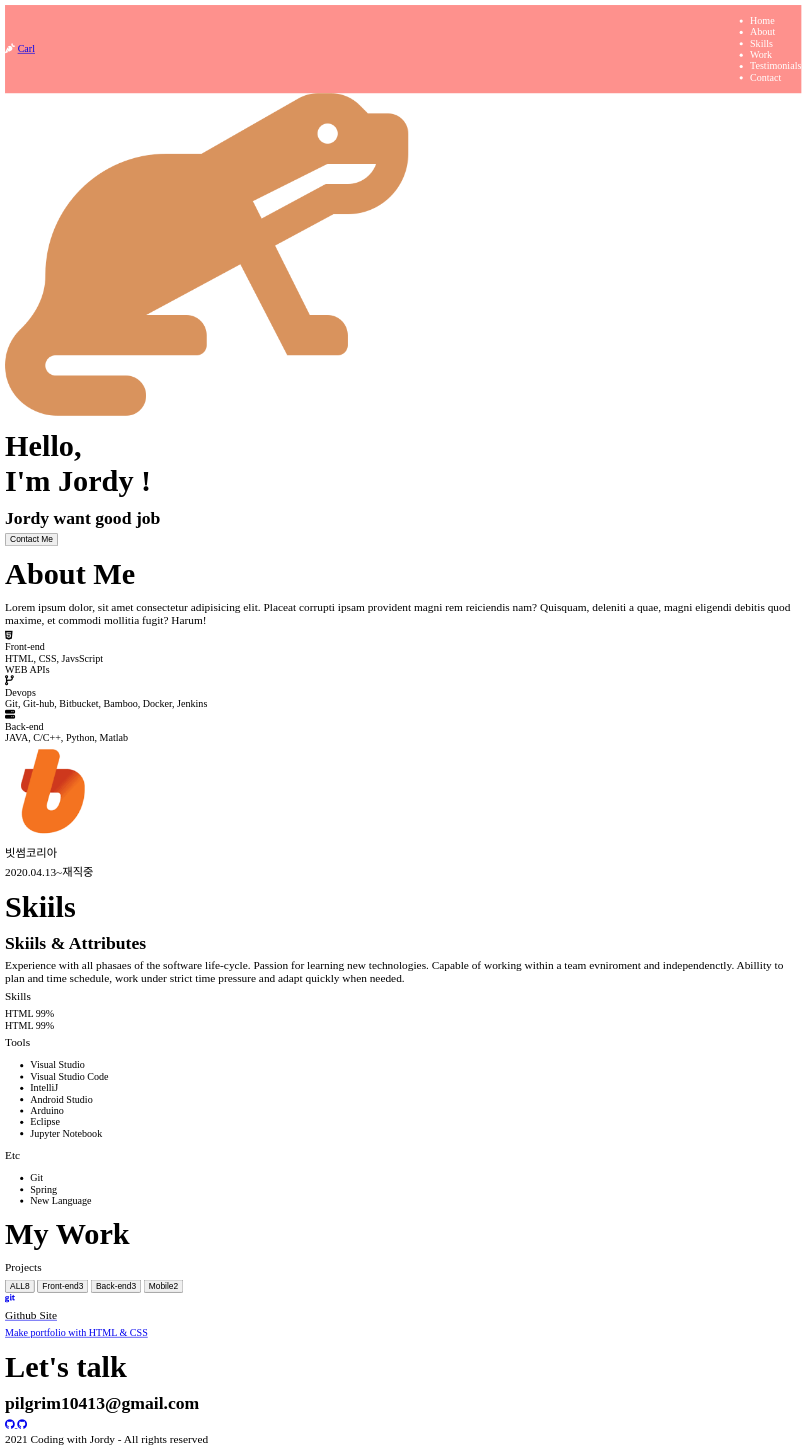
Repository: pilgrim13/Portfolio
Page: index.html
These files come from the project's save history. The page is drawn as it stood at one moment and after the next save; the edit follows.
The browser window is 1280 px wide. The pictures show the whole page, at 63% of full size.
Some web libraries are served in a nearby version.

Above is the page before, as saved 2021-01-11 17:30:59.

### index.html
<!DOCTYPE html>
<html lang="en">
	<!-- Header -->
	<head>
		<meta charset="UTF-8" />
		<meta name="viewport" content="width=device-width, initial-scale=1.0" />
		<title>Carl's WAS</title>
		<meta name="description" content="test WAS" />
		<meta name="author" content="Carl" />
		<link rel="icon" type="image/png" href="imgs/carrot.png" />
		<script
			src="https://kit.fontawesome.com/453419e5ae.js"
			crossorigin="anonymous"
		></script>
		<link rel="preconnect" href="https://fonts.gstatic.com" />
		<link
			href="https://fonts.googleapis.com/css2?family=Open+Sans:wght@400;600;700&display=swap"
			rel="stylesheet"
		/>
		<!-- css -->
		<!-- font-family: 'Open Sans', sans-serif; -->
		<link rel="stylesheet" href="style.css" />
		<script src="main.js" defer></script>
	</head>
	<body>
		<!-- Navbar -->
		<nav id="navbar">
			<div class="navbar__logo">
				<i class="fas fa-carrot"></i>
				<a href="#">Carl</a>
			</div>
			<div class="navbar__menu">
				<ul>
					<li class="navbar__menu__item">Home</li>
					<li class="navbar__menu__item">About</li>
					<li class="navbar__menu__item">Skills</li>
					<li class="navbar__menu__item">Work</li>
					<li class="navbar__menu__item">Testimonials</li>
					<li class="navbar__menu__item">Contact</li>
				</ul>
			</div>
		</nav>

		<!-- Home -->
		<section id="home">
			<img
				src="imgs/otter-solid.png"
				alt="Carl's profile photo"
				class="home__avatar"
			/>
			<h1 class="home__title">Hello, <br />I'm Jordy !</h1>
			<h2 class="home__description">Jordy want good job</h2>
			<button class="home__contact">Contact Me</button>
		</section>

		<!-- About -->
		<section id="about">
			<h1>About Me</h1>
			<p>
				Lorem ipsum dolor, sit amet consectetur adipisicing elit. Placeat
				corrupti ipsam provident magni rem reiciendis nam? Quisquam, deleniti a
				quae, magni eligendi debitis quod maxime, et commodi mollitia fugit?
				Harum!
			</p>
			<div class="about__majors">
				<div class="major">
					<div class="major__icon">
						<i class="fab fa-html5"></i>
					</div>
					<div class="major__title">Front-end</div>
					<div class="major__description">
						HTML, CSS, JavsScript <br />WEB APIs
					</div>
				</div>
				<div class="major">
					<div class="major__icon">
						<i class="fas fa-code-branch"></i>
					</div>
					<div class="major__title">Devops</div>
					<div class="major__description">
						Git, Git-hub, Bitbucket, Bamboo, Docker, Jenkins
					</div>
				</div>
				<div class="major">
					<div class="major__icon">
						<i class="fas fa-server"></i>
					</div>
					<div class="major__title">Back-end</div>
					<div class="major__description">JAVA, C/C++, Python, Matlab</div>
				</div>
			</div>
			<!-- <i class="fas fa-mobile-alt"></i> -->
			<!-- <i class="fas fa-server"></i> -->
			<!-- <i class="fas fa-code-branch"></i> -->
			<div class="about__jobs">
				<div class="job">
					<img src="imgs/bithumb_logo.png" alt="bithumb" class="job__logo" />
					<p class="job__name">빗썸코리아</p>
					<p class="job__period">2020.04.13~재직중</p>
				</div>
			</div>
		</section>

		<!-- Skills -->
		<section id="skills">
			<h1>Skiils</h1>
			<h2>Skiils & Attributes</h2>
			<p>
				Experience with all phasaes of the software life-cycle. Passion for
				learning new technologies. Capable of working within a team evniroment
				and independenctly. Abillity to plan and time schedule, work under
				strict time pressure and adapt quickly when needed.
			</p>
			<div class="skillset">
				<div class="skillset__left">
					<h3 class="skillset__title">Skills</h3>
					<div class="skill">
						<div class="skill_description">
							<span>HTML</span>
							<span>99%</span>
						</div>
						<div class="skill__bar">
							<div class="skill_value"></div>
						</div>
					</div>
					<div class="skill">
						<div class="skill_description">
							<span>HTML</span>
							<span>99%</span>
						</div>
						<div class="skill__bar">
							<div class="skill_value"></div>
						</div>
					</div>
				</div>
				<div class="skillset__right">
					<div class="tools">
						<h3 class="skillset_title">Tools</h3>
						<ul class="tools__list">
							<li><span>Visual Studio</span></li>
							<li><span>Visual Studio Code</span></li>
							<li><span>IntelliJ</span></li>
							<li><span>Android Studio</span></li>
							<li><span>Arduino</span></li>
							<li><span>Eclipse</span></li>
							<li><span>Jupyter Notebook</span></li>
						</ul>
					</div>
					<div class="etc">
						<h3 class="skillset_title">Etc</h3>
						<ul class="etc__list">
							<li><span>Git</span></li>
							<li><span>Spring</span></li>
							<li><span>New Language</span></li>
						</ul>
					</div>
				</div>
			</div>
		</section>

		<!-- Work -->
		<section id="work">
			<h1>My Work</h1>
			<h3>Projects</h3>
			<div class="work__categories">
				<button class="category__btn">
					ALL<span class="category__count">8</span>
				</button>
				<button class="category__btn">
					Front-end<span class="category__count">3</span>
				</button>
				<button class="category__btn">
					Back-end<span class="category__count">3</span>
				</button>
				<button class="category__btn">
					Mobile<span class="category__count">2</span>
				</button>
			</div>

			<div class="work__projects">
				<a
					href="https://github.com/pilgrim13/Portfolio"
					class="project"
					target="blank"
				>
					<i class="fab fa-git project__img" alt="github"></i>
					<!-- TODO. Link -> Img change -->
					<!-- <img src="imgs/carrot.png" alt="github"> -->
					<div class="project__description">
						<h3>Github Site</h3>
						<span>Make portfolio with HTML & CSS</span>
					</div>
				</a>
			</div>
		</section>

		<!-- Testimonials -->
		<section class="testimonials"></section>

		<!-- Contact -->
		<section id="contact">
			<h1 class="contact__title">Let's talk</h1>
			<h2 class="contact__email">pilgrim10413@gmail.com</h2>
			<div class="contact__links">
				<a href="https://github.com/pilgrim13" target="_blank">
					<i class="fab fa-github"></i>
				</a>
				<a href="#" target="_blank">
					<i class="fab fa-github"></i>
				</a>
			</div>
			<p class="contact__rights">
				2021 Coding with Jordy - All rights reserved
			</p>
		</section>
	</body>
</html>

### style.css
/* Global */

:root {
	/* Color */
	--color-white: #ffffff;
	--color-light-white: #eeeeee;
	--color-dark-white: #bdbdbd;
	--color-pink: #fe918d;
	--color-dark-pink: #ff6863;
	--color-dark-grey: #4d4d4d;
	--color-grey: #616161;
	--color-light-grey: #7c7979;
	--color-blue: #73aace;
	--color-yellow: #fff7d1;
	--color-orange: #feb546;
	--color-black: #000000;

	/* Font size */
	--font-large: 48px;
	--font-medium: 28px;
	--font-regular: 18px;
	--font-small: 16px;
	--font-micro: 14px;

	/* Font weight */
	--weight-bold: 700;
	--weight-semi-bold: 600;
	--weight-regular: 400;
}

/* Typography */

h1 {
	font-size: var(--font-large);
	font-weight: var(--weight-bold);
	color: var(--color-black);
	margin: 16px 0px;
}

h2 {
	font-size: var(--font-medium);
	font-weight: var(--weight-semi-bold);
	color: var(--color-black);
	margin: 8px 0;
}

h3 {
	font-size: var(--font-regular);
	font-weight: var(--weight-regular);
	color: var(--color-black);
	margin: 8px 0;
}

p {
	font-size: var(--font-regular);
	font-weight: var(--weight-regular);
	color: var(--color-black);
	margin: 4px 0;
}

/* Navbar */
#navbar {
	display: flex;
	justify-content: space-between;
	background-color: var(--color-pink);
	align-items: center;
	color: var(--color-white);
}

.navbar__menu {
	display: flex;
}

Loaded but not shown: main.js (no stored copy; drawn as an empty file)

After the next save:
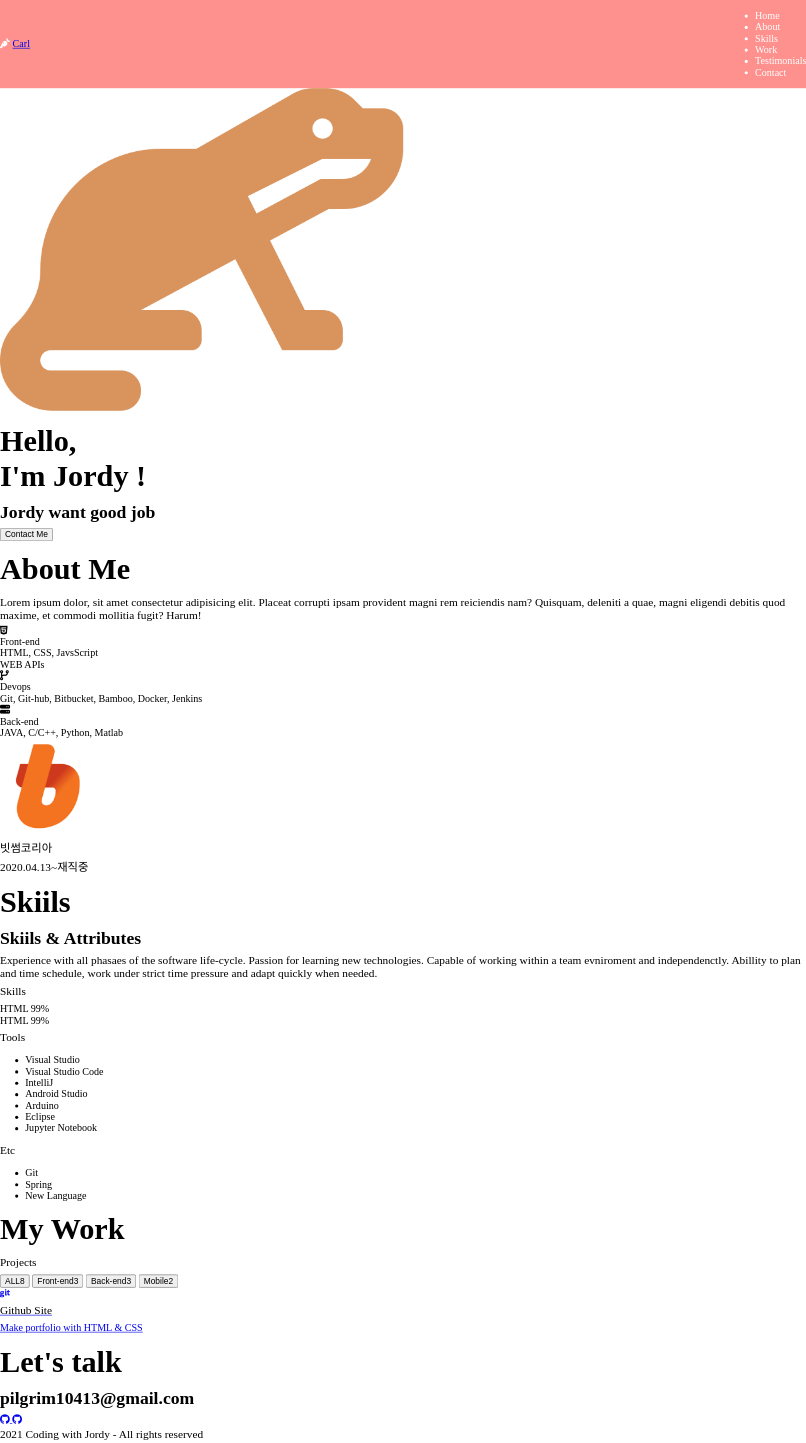
Saved 64 s later.
--- a/style.css
+++ b/style.css
@@ -26,6 +26,11 @@
 	--weight-bold: 700;
 	--weight-semi-bold: 600;
 	--weight-regular: 400;
+}
+
+/* Body */
+body {
+	margin: 0;
 }
 
 /* Typography */
